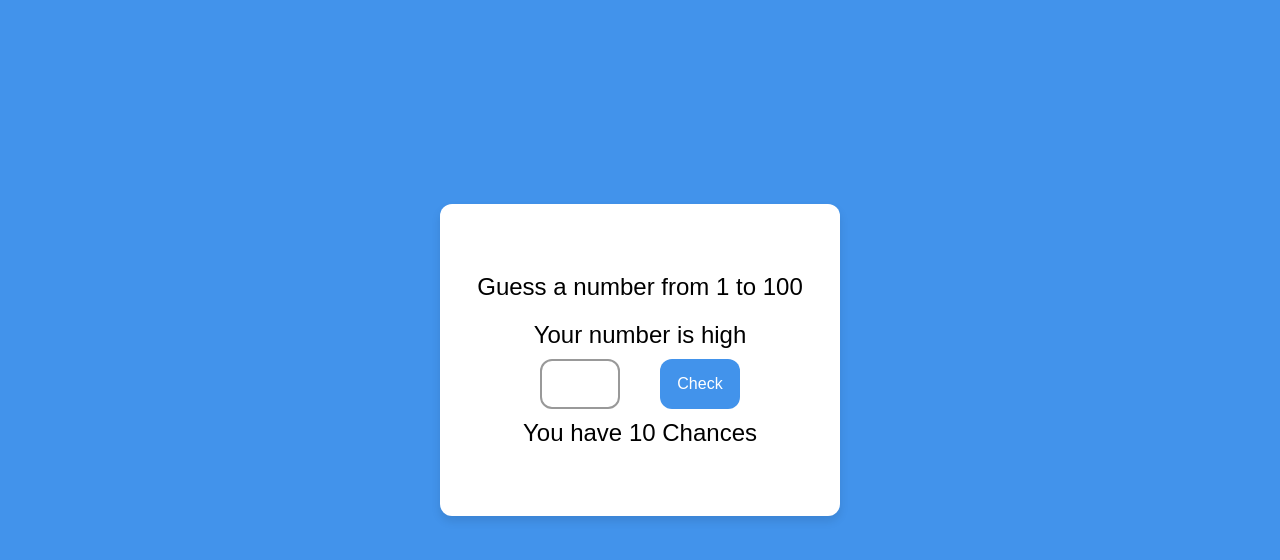
Repository: Ankitkr2021/Guess_Game
Page: index.html
These files come from the project's save history. The page is drawn as it stood at one moment and after a run of saves; the edit follows.
The browser window is 1280 px wide. The pictures show the whole page.

Above is the page before, as saved 2025-09-30 17:52:38.

After the next 2 saves:
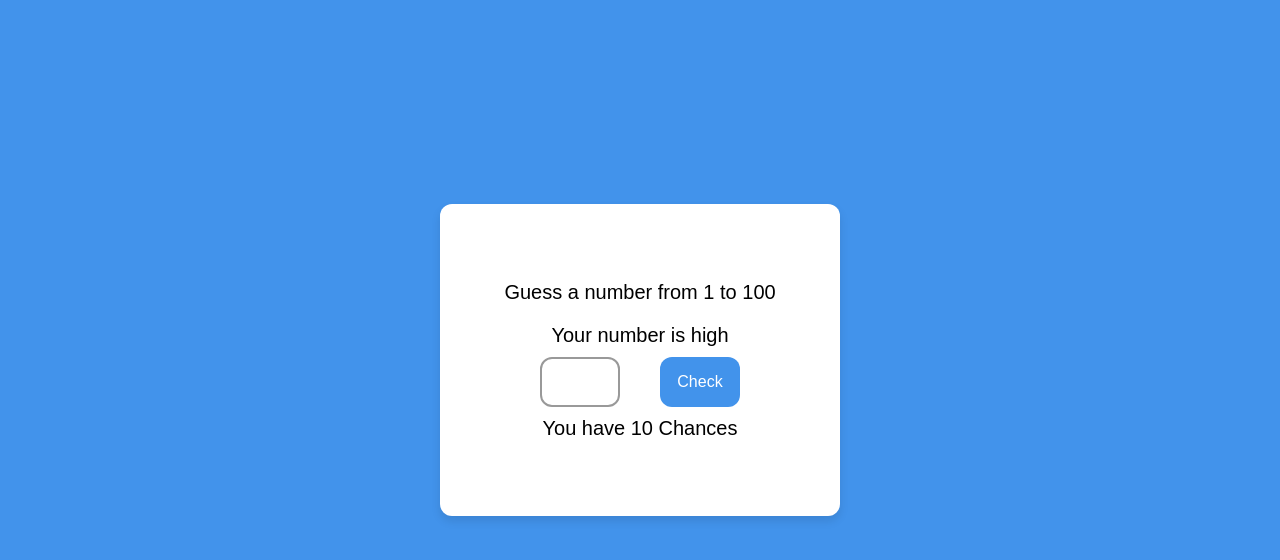
The 2 saves are shown as one change because they came seconds apart.
The last was saved 8 s later.
--- a/style.css
+++ b/style.css
@@ -31,7 +31,7 @@ body{
 
 p{
     padding: 10px 20px;
-    font-size: 24px;
+    font-size: 20px;
     /* font-weight: 600; */
 }
 
